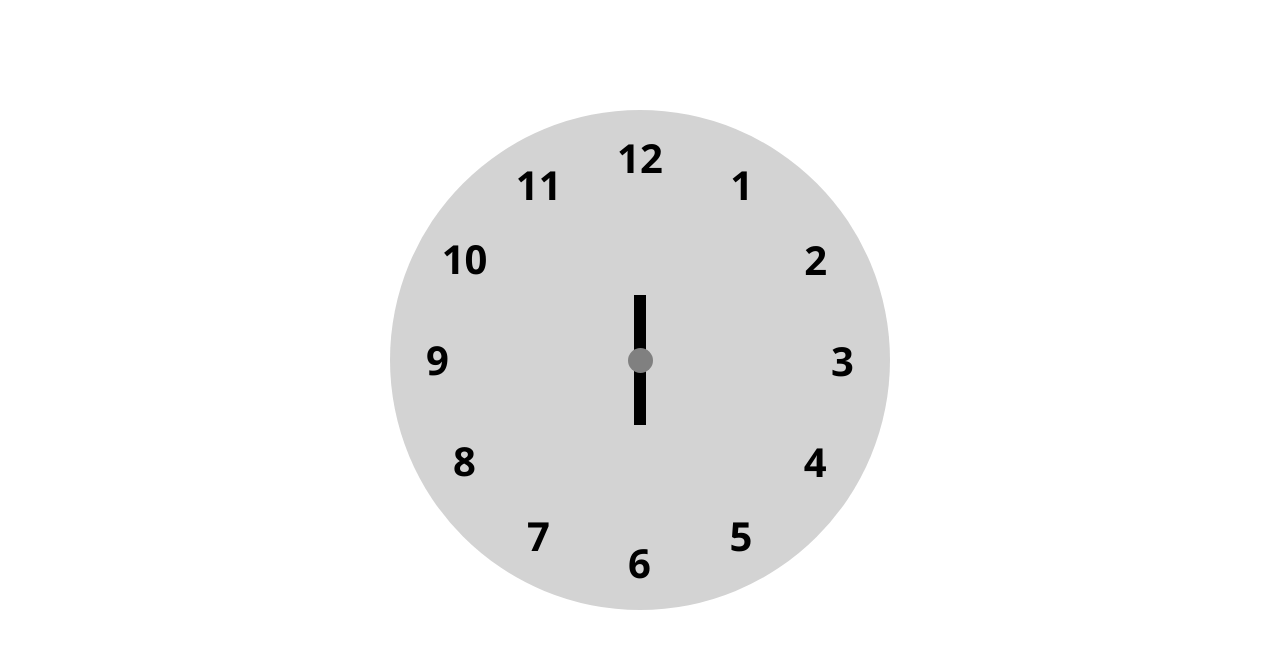
Repository: Suryansh-D/Cool-Clock
Page: index.html
These files come from the project's save history. The page is drawn as it stood at one moment and after a run of saves; the edit follows.
The browser window is 1280 px wide. The pictures show the whole page.

Above is the page before, as saved 2024-01-30 15:36:41.

After the next 2 saves:
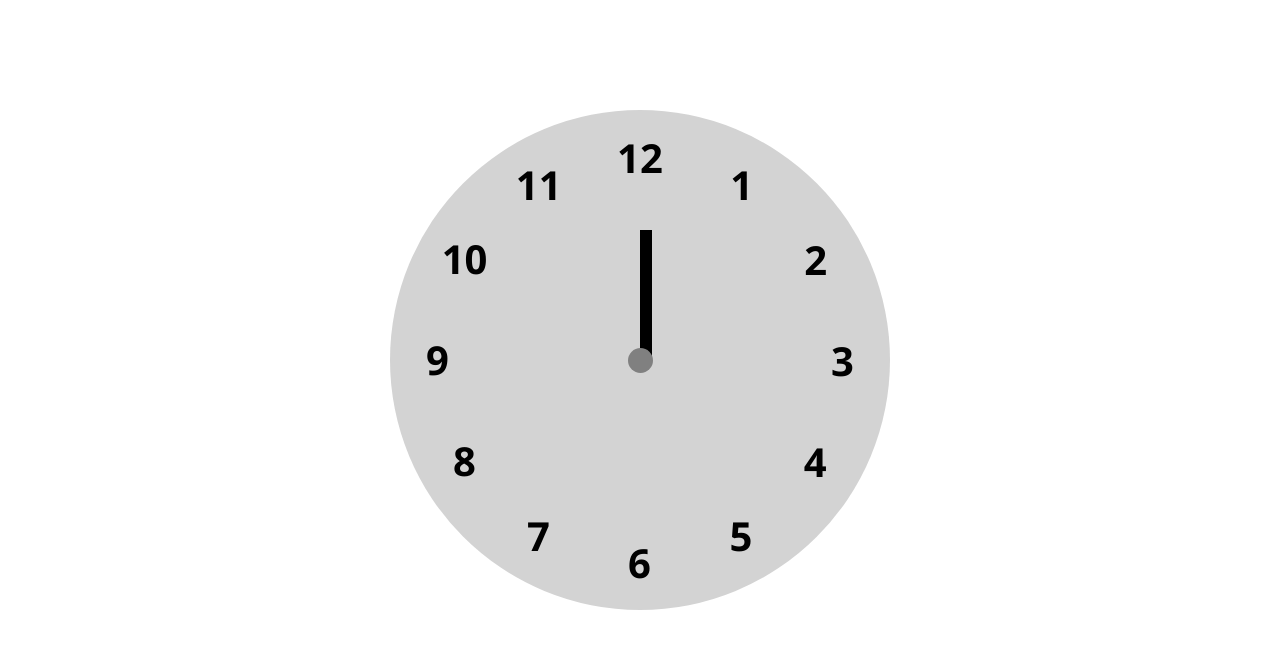
The 2 saves are shown as one change because they came seconds apart.
The last was saved 6 s later.
--- a/style.css
+++ b/style.css
@@ -43,7 +43,9 @@ body{
 
 .hour-hand{
     position: absolute;
-    left: ;
+    left: 50%;
+    bottom: 50%;
+
 }
 .hour-hand{
    width:12px;
